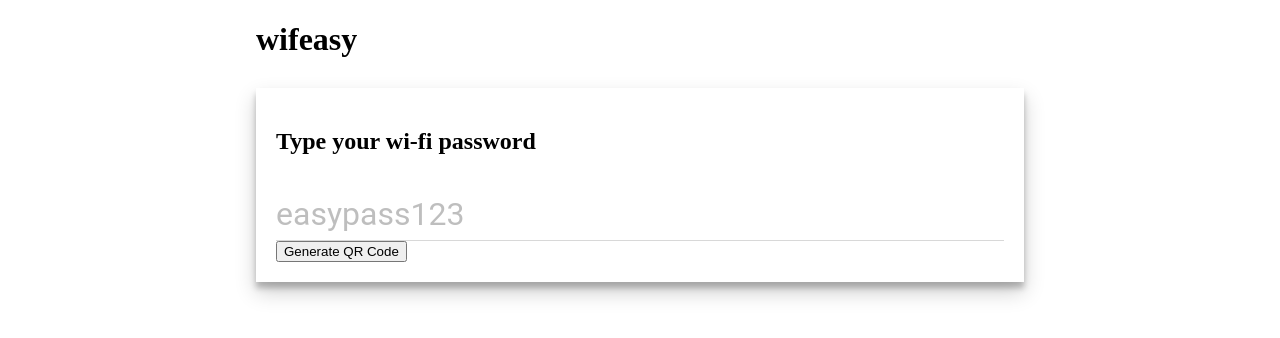
Repository: akagabi/wifeasy
Page: index.html
These files come from the project's save history. The page is drawn as it stood at one moment and after the next save; the edit follows.
The browser window is 1280 px wide. The pictures show the whole page.

Above is the page before, as saved 2018-12-25 12:51:15.

### index.html
<!DOCTYPE html>
<html lang="en">
<head>
    <meta charset="UTF-8">
    <meta name="viewport" content="width=device-width, initial-scale=1.0">
    <meta http-equiv="X-UA-Compatible" content="ie=edge">
    <title>Wifeasy</title>
    <link rel="stylesheet" href="style.css">
    <script src="index.js"></script>
</head>
<body>
    <div class="wrapper">
        <header class="header">
            <h1 class="header__title">
                wifeasy
            </h1>
        </header>
        <section class="steps">
            <article class="steps__container">
                <form class="form">
                    <h2 class="steps__title">
                        Type your wi-fi password
                    </h2>
                    <label class="input__wrapper">
                        <div class="input__container">
                            <input type="text" class="input" placeholder="easypass123">
                            <div class="input__line"></div>
                            <span class="input__placeholder">
                                easypass123
                            </span>
                        </div>
                    </label>
                    <button type="button">
                        Generate QR Code
                    </button>
                </form>
            </article>
            <article class="steps__container hidden">

            </article>
        </section>
    </div>
</body>
</html>

### style.css
.wrapper {
    margin: 0 auto;
    max-width: 768px;
}

.header__title {
    margin-bottom: 30px;
}

.input__wrapper {
    display: block;
}

  .input {
    font-family: "Roboto";
    background-color: transparent;
    border: 0;
    color: #333333;
    font-size: 32px;
    line-height: 1.13;
    margin-top: 23px;
    outline: none;
    margin-bottom: 5px;
    position: relative;
    transition: border 0.125s ease-in-out;
    width: 100%;
  }
  .input::placeholder {
    color: transparent;
  }

  .input:placeholder-shown + .input__line::after {
    width: 0;
  }

  .input:placeholder-shown ~ .input__placeholder {
    font-size: 32px;
    opacity: 0.25;
    transform: translateY(0);
  }

  .input__container {
    position: relative;
  }

  .input__line {
    background-color: rgba(102, 102, 102, 0.25);
    bottom: 0;
    height: 1px;
    left: 0;
    position: absolute;
    right: 0;
  }

  .input__line::after {
    background-color: #00a2b5;
    content: "";
    position: absolute;
    left: 0;
    height: 2px;
    bottom: 0;
    width: 100%;
    transition: width 0.325s ease-in-out;
  }

  .input__wrapper {
    display: block;
  }

  .input__placeholder {
    font-family: "Roboto";
    bottom: 8px;
    left: 0;
    position: absolute;
    opacity: 0;
    pointer-events: none;
    transition: all 0.125s ease-in-out;
  }

  .steps {
    box-shadow: 0 10px 20px rgba(0,0,0,0.19), 0 6px 6px rgba(0,0,0,0.23);
    padding: 20px;
  }

Loaded but not shown: index.js (no copy from this time; the picture is the same without it)

After the next save:
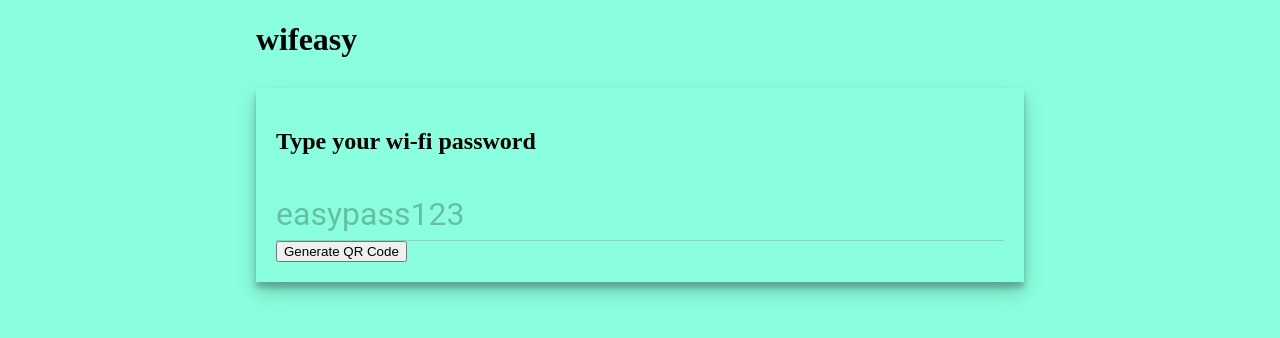
Saved 49 s later.
--- a/style.css
+++ b/style.css
@@ -1,3 +1,7 @@
+body {
+    background-color: rgb(138, 255, 223);
+}
+
 .wrapper {
     margin: 0 auto;
     max-width: 768px;
